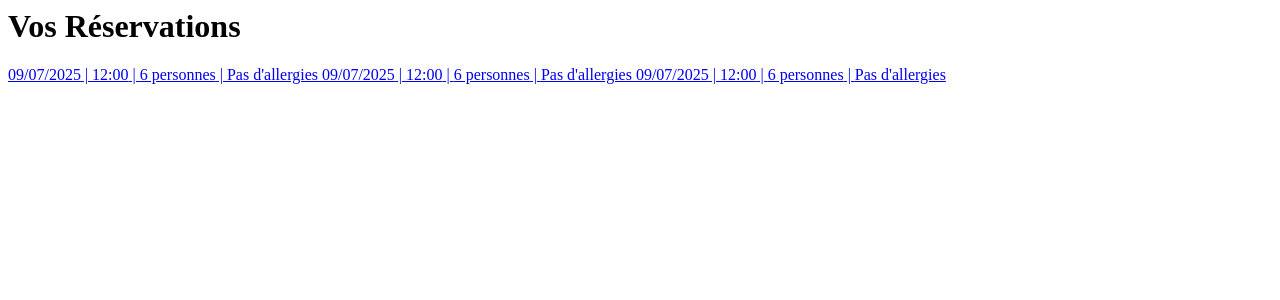
Repository: lemonhao9/QuaiAntiqueRestaurantFront
Page: pages/reservations/allResa.html
An editor plug-in stored every save of this project. The page is shown before and after the next save, followed by the edit.
The browser window is 1280 px wide. The pictures show the whole page.

Above is the page before, as saved 2025-01-24 15:21:48.

After the next save:
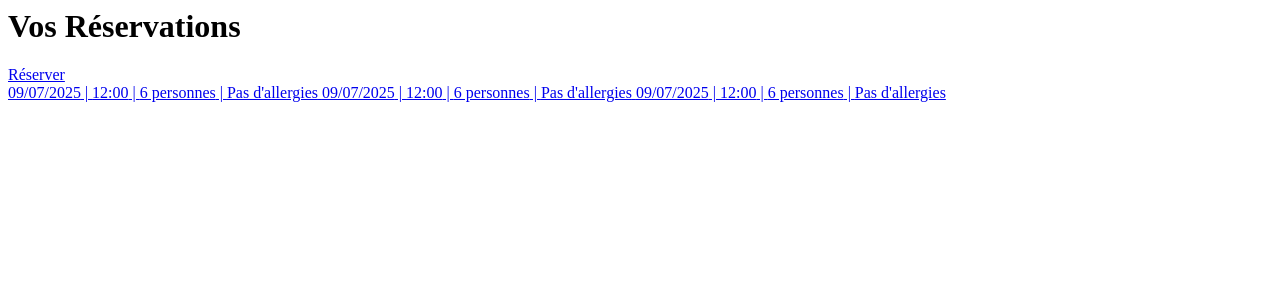
Saved 26 min 57 s later.
--- a/pages/reservations/allResa.html
+++ b/pages/reservations/allResa.html
@@ -3,7 +3,9 @@
             <h1>Vos Réservations</h1>
     </div>
 </div>
-
+<div class="container text-center pb-3">
+<a href="/reserver" class="btn btn-primary">Réserver</a>
+</div>
 <div class="container text-center allreservations">
     <a href="#">
         <span>09/07/2025</span> |
